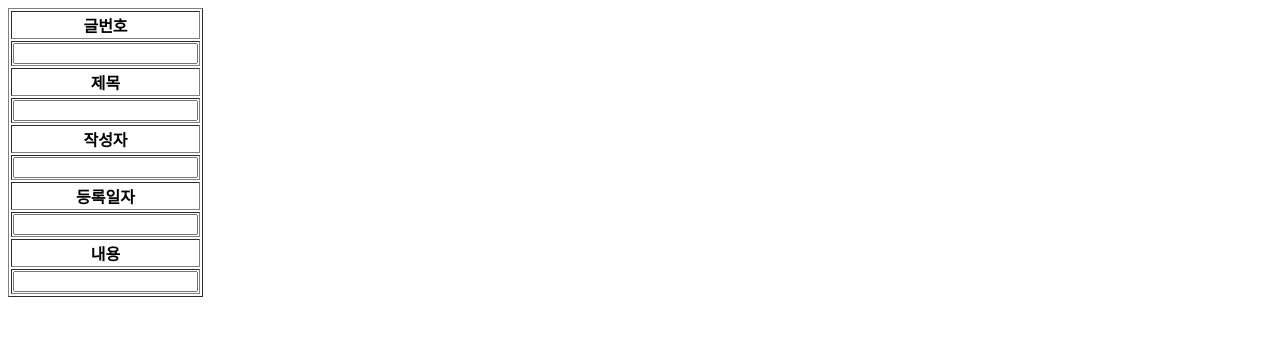
Repository: WoodongMaster/JSP_Workspace
Page: http://localhost/jsp_project2/board/modify.jsp
An editor plug-in stored every save of this project. The page is shown before and after the next save, followed by the edit.
The browser window is 1280 px wide. The pictures show the whole page.
The page is served by Tomcat 9. Other server files are loaded and not shown.

Above is the page before, as saved 2023-05-16 08:37:25.

### jsp_project2/jsp_project/jsp_project2/src/main/webapp/board/modify.jsp
<%@ page language="java" contentType="text/html; charset=UTF-8"
    pageEncoding="UTF-8"%>
<!DOCTYPE html>
<html>
<head>
<meta charset="UTF-8">
<title>수정페이지</title>
</head>
<body>
<form action="/brd/modify">
	<table border="1">
		<tr>
			<th>글번호</th>
		</tr>
		<tr align="center">
			<td><input name="bnum" value="${post.bnum}" readonly="readonly"></td>
		</tr>
		<tr>
			<th>제목</th>
		</tr>
		<tr align="center">
			<td><input name="title" value="${post.title}"></td>
		</tr>
		<tr>
			<th>작성자</th>
		</tr>
		<tr align="center">
			<td><input name="writer" value="${post.writer}" readonly="readonly"></td>
		</tr>
		<tr>
			<th>등록일자</th>
		</tr>
		<tr align="center">
			<td><input name="write_date" value="${post.write_date}" readonly="readonly"></td>
		</tr>
		<tr>
			<th>내용</th>
		</tr>
		<tr align="center">
			<td><input name="post" value="${post.post}"></td>
		</tr>
	</table>
	</form>
</body>
</html>

After the next save:
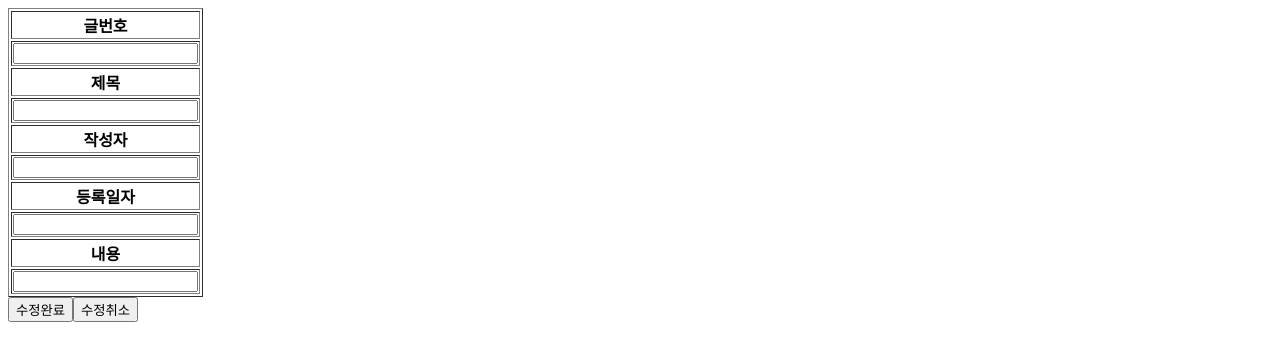
Saved 57 s later.
--- a/jsp_project2/jsp_project/jsp_project2/src/main/webapp/board/modify.jsp
+++ b/jsp_project2/jsp_project/jsp_project2/src/main/webapp/board/modify.jsp
@@ -41,5 +41,6 @@
 		</tr>
 	</table>
 	</form>
+	<button type="submit">수정완료</button><a href="/"><button>수정취소</button></a>
 </body>
 </html>
